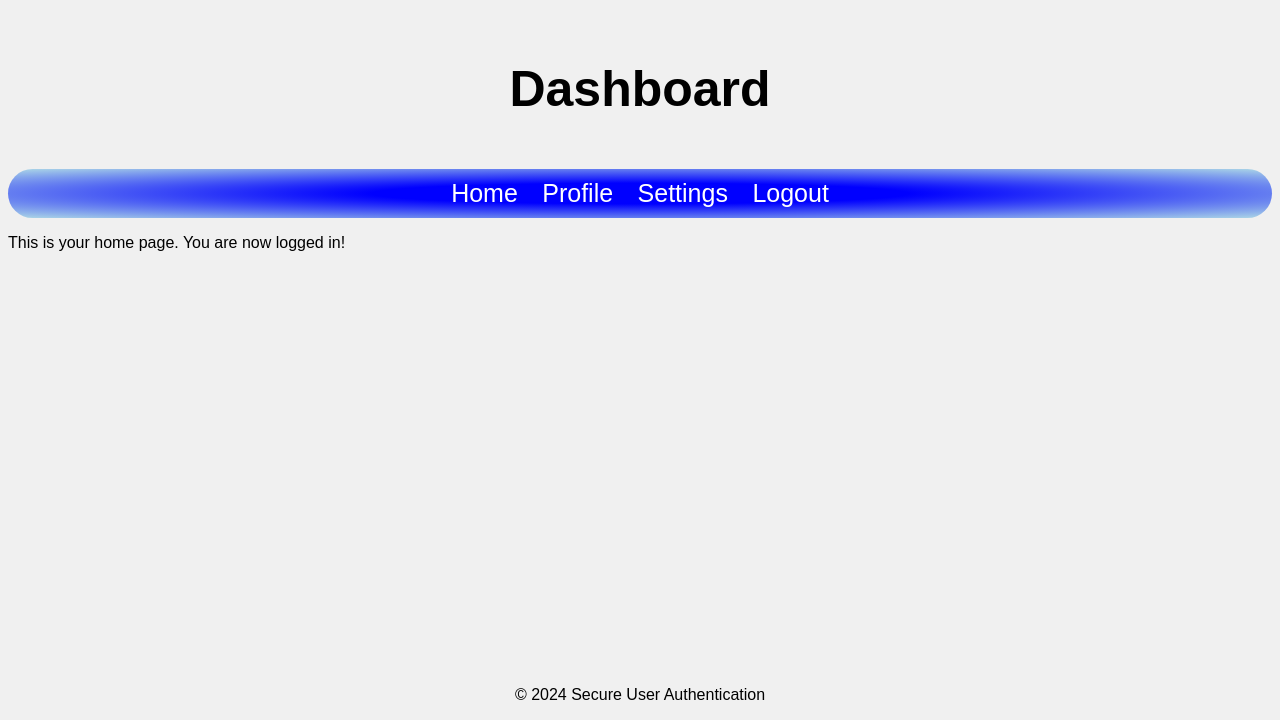
Repository: SriramulaNamithaReddy/Internship_projects
Page: http://localhost/home
These files come from the project's save history. The page is drawn as it stood at one moment and after the next save; the edit follows.
The browser window is 1280 px wide. The pictures show the whole page.
The page is this project's Thymeleaf template; nobody is signed in. The template is opened directly, without the code that normally fills it, so the values that code supplies are empty.

Above is the page before, as saved 2024-10-12 07:33:16.

After the next save:
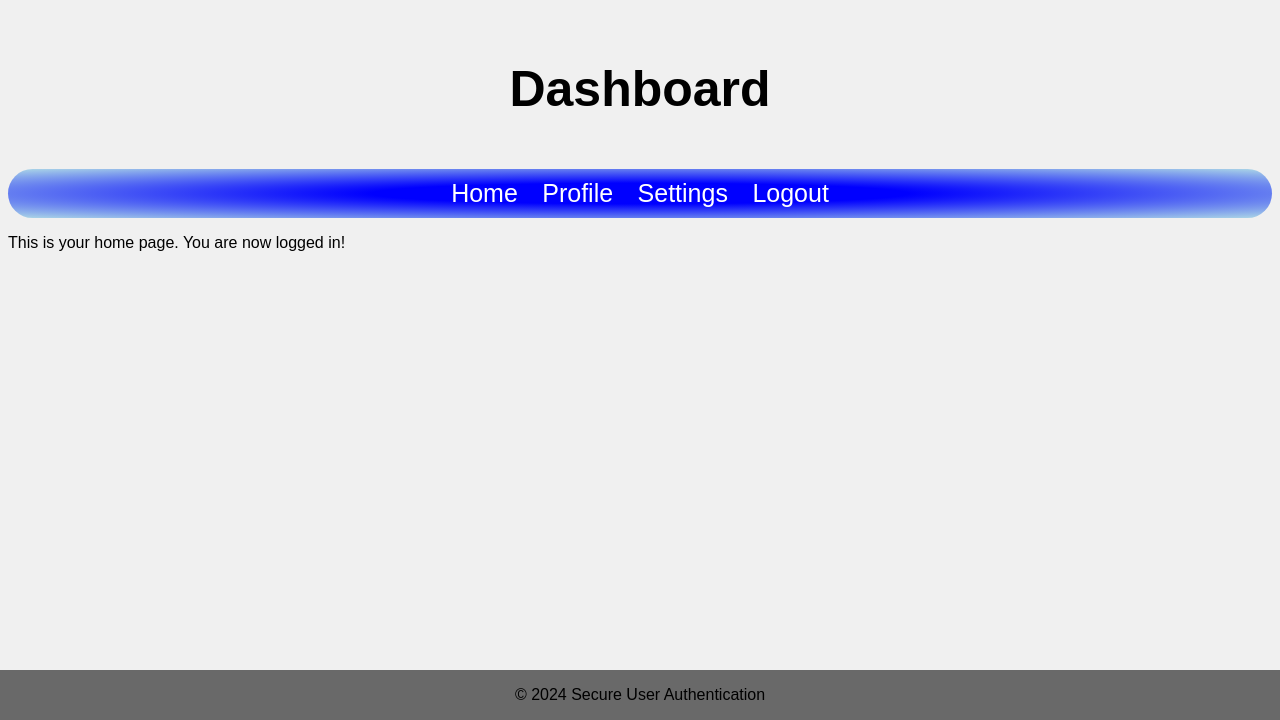
Saved 35 s later.
--- a/SecureUserAuthentication/src/main/resources/templates/home.html
+++ b/SecureUserAuthentication/src/main/resources/templates/home.html
@@ -37,6 +37,7 @@
 			font-size: 25px;
 		}
 		footer {
+			background-color: dimgrey;
 			text-align: center;
 		    flex-grow: 0;
 		    flex-shrink: 0;
